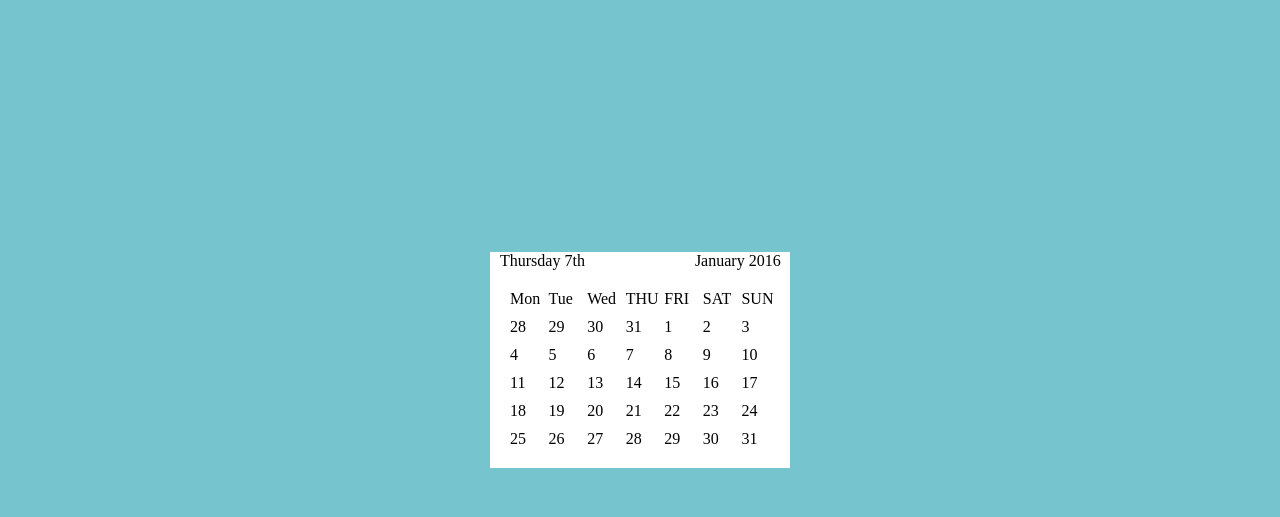
Repository: KYUUBI-K/HTML
Page: За 1 курс/Лаб 4/calendar.html
These files come from the project's save history. The page is drawn as it stood at one moment and after the next save; the edit follows.
The browser window is 1280 px wide. The pictures show the whole page.

Above is the page before, as saved 2021-03-30 13:32:18.

### За 1 курс/Лаб 4/calendar.html
<!DOCTYPE html>
<html lang="en">
<head>
    <meta charset="UTF-8">
    <meta http-equiv="X-UA-Compatible" content="IE=edge">
    <meta name="viewport" content="width=device-width, initial-scale=1.0">
    <title>Document</title>
    <link rel="stylesheet" href="for_calend.css">
</head>
<body style="background-color:rgba(80, 181, 194, 0.788) ;">
    <div class="calendar">
        <div class="today">
            Thursday 7th
            <div class="today">
                January 2016
            </div>
        </div>
        <div class="date">
            <div class="day">Mon</div>
            <div class="day">Tue</div>
            <div class="day">Wed</div>
            <div class="day">THU</div>
            <div class="day">FRI</div>
            <div class="day">SAT</div>
            <div class="day">SUN</div>
            <div class="number">28</div>
            <div class="number">29</div>
            <div class="number">30</div>
            <div class="number">31</div>
            <div class="number">1</div>
            <div class="number">2</div>
            <div class="number">3</div>
            <div class="number">4</div>
            <div class="number">5</div>
            <div class="number">6</div>
            <div class="number">7</div>
            <div class="number">8</div>
            <div class="number">9</div>
            <div class="number">10</div>
            <div class="number">11</div>
            <div class="number">12</div>
            <div class="number">13</div>
            <div class="number">14</div>
            <div class="number">15</div>
            <div class="number">16</div>
            <div class="number">17</div>
            <div class="number">18</div>
            <div class="number">19</div>
            <div class="number">20</div>
            <div class="number">21</div>
            <div class="number">22</div>
            <div class="number">23</div>
            <div class="number">24</div>
            <div class="number">25</div>
            <div class="number">26</div>
            <div class="number">27</div>
            <div class="number">28</div>
            <div class="number">29</div>
            <div class="number">30</div>
            <div class="number">31</div>
        </div>
    </div>
</body>
</html>

### За 1 курс/Лаб 4/for_calend.css
body{
    margin:0;
    padding: 0;
    display: flex;
    justify-content: center;
    align-items: center;
    height: 100vh;
}
.calendar{
    width: 300px;
    height: auto;
    background-color: white;
    box-sizing: border-box;

}
.calendar .date{
    padding: 20px;
    display: grid;
    grid-template-columns: repeat(auto-fit,minmax(25px,1fr));
    grid-gap: 10px;
    box-sizing: border-box;
}
.today{
    display: flex;
    grid-gap: 100px;
    margin-left: 10px;
}
.day{
    display: flex;
    margin-right:100px;
}

After the next save:
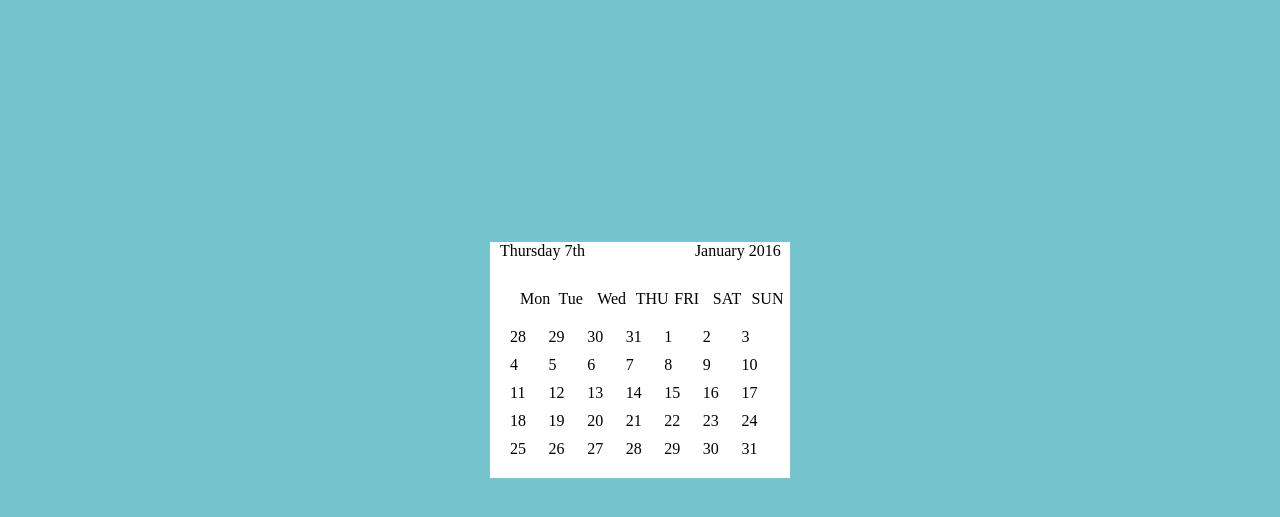
Saved 9 s later.
--- a/За 1 курс/Лаб 4/for_calend.css
+++ b/За 1 курс/Лаб 4/for_calend.css
@@ -27,5 +27,5 @@
 }
 .day{
     display: flex;
-    margin-right:100px;
+    margin: 10px;
 }

After the 6 saves that followed:
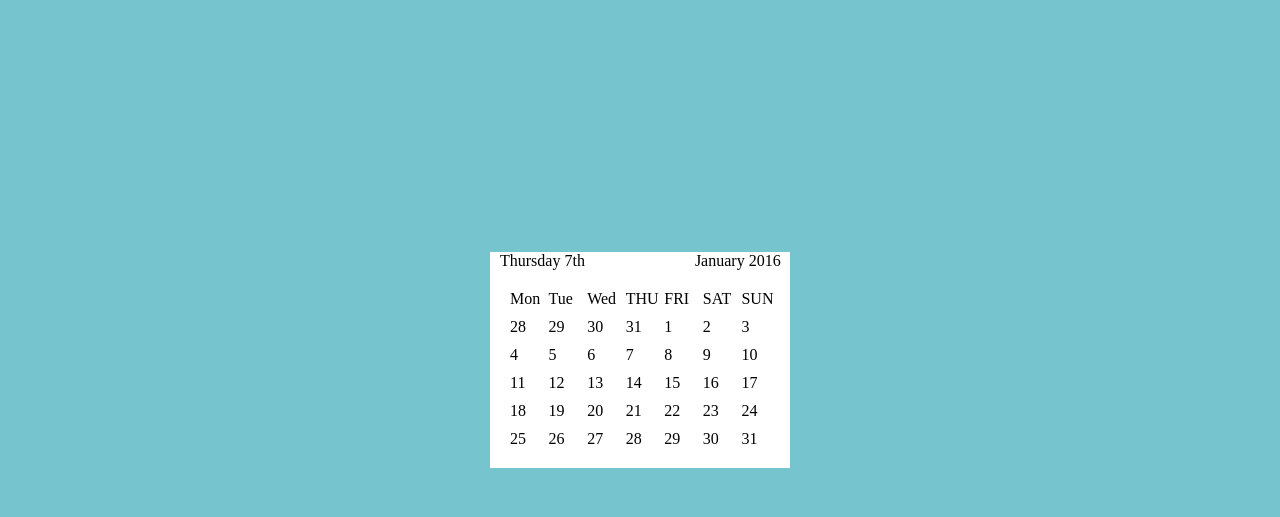
The 6 saves are shown as one change because 5 left the picture as it was.
The last was saved 89 s later.
--- a/За 1 курс/Лаб 4/for_calend.css
+++ b/За 1 курс/Лаб 4/for_calend.css
@@ -26,6 +26,7 @@
     margin-left: 10px;
 }
 .day{
-    display: flex;
-    margin: 10px;
+    display: grid;
+    margin-right: 10px;
+
 }
